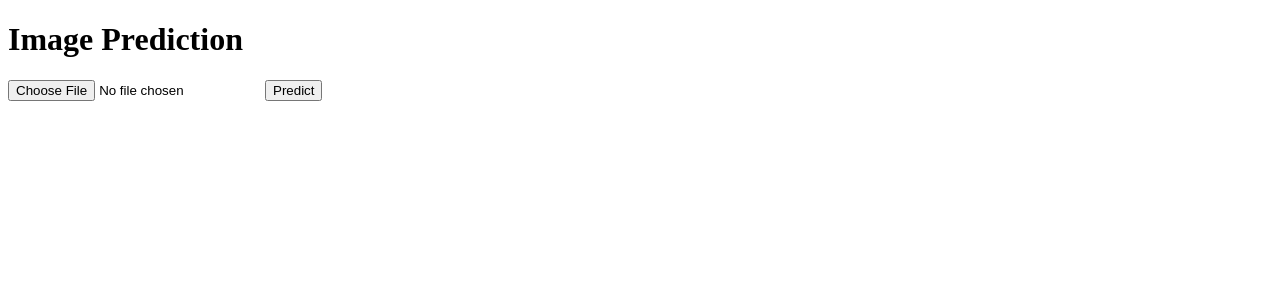
Repository: OussamaAbderraoufAttia/bisbackend
Page: Flask/templates/index.html
The author's editor kept a copy of each file at every save. The page is drawn from the files as they stood at one save, then again after the next save.
The browser window is 1280 px wide. The pictures show the whole page.

Above is the page before, as saved 2024-01-06 01:47:50.

### Flask/templates/index.html
<!DOCTYPE html>
<html lang="en">
<head>
    <meta charset="UTF-8">
    <title>Image Prediction</title>
</head>
<body>
    <h1>Image Prediction</h1>
    <input type="file" id="imageData" >
    <button onclick="predict()">Predict</button>

    <script>
        function predict() {
        const imageData = document.getElementById('imageData');
    const file = imageData.files[0];
    const formData = new FormData();
    formData.append('file', file);

    // Perform POST request to Flask server
    fetch('/predict', {
        method: 'POST',
        body: formData
    })
    .then(response => response.text())
    .then(data => console.log(data))
    .catch(error => console.error('Error:', error));
}

    </script>
</body>
</html>

After the next save:
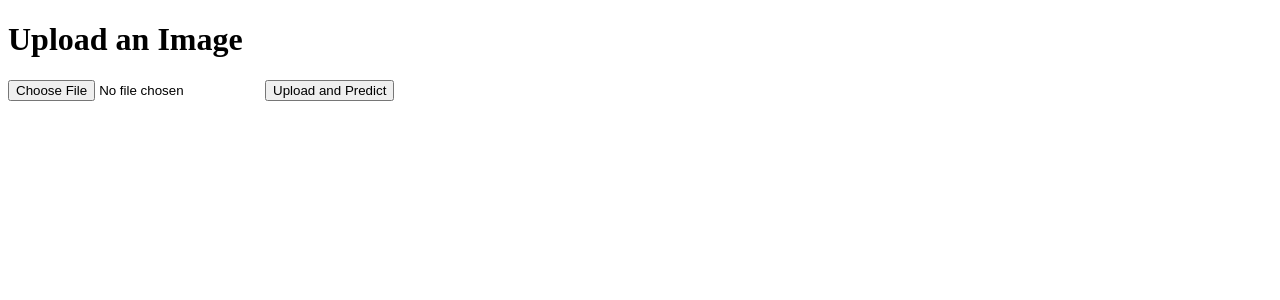
Saved 34 min 36 s later.
--- a/Flask/templates/index.html
+++ b/Flask/templates/index.html
@@ -2,30 +2,13 @@
 <html lang="en">
 <head>
     <meta charset="UTF-8">
-    <title>Image Prediction</title>
+    <title>Image Upload</title>
 </head>
 <body>
-    <h1>Image Prediction</h1>
-    <input type="file" id="imageData" >
-    <button onclick="predict()">Predict</button>
-
-    <script>
-        function predict() {
-        const imageData = document.getElementById('imageData');
-    const file = imageData.files[0];
-    const formData = new FormData();
-    formData.append('file', file);
-
-    // Perform POST request to Flask server
-    fetch('/predict', {
-        method: 'POST',
-        body: formData
-    })
-    .then(response => response.text())
-    .then(data => console.log(data))
-    .catch(error => console.error('Error:', error));
-}
-
-    </script>
+    <h1>Upload an Image</h1>
+    <form action="http://127.0.0.1:3000/predict_image" method="post" enctype="multipart/form-data">
+        <input type="file" name="image">
+        <input type="submit" value="Upload and Predict">
+    </form>
 </body>
 </html>
